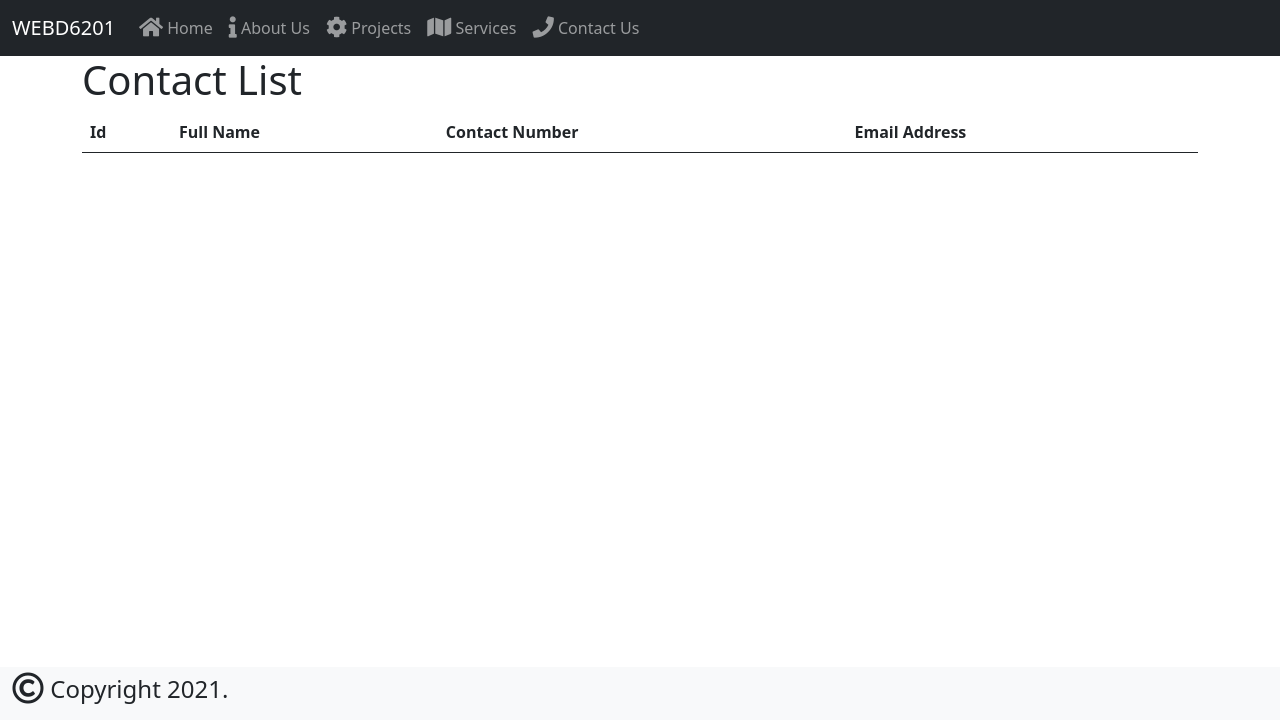
Repository: CKM206/WEBD6201-W2021-ICE2
Page: contact-list.html
The author's editor kept a copy of each file at every save. The page is drawn from the files as they stood at one save, then again after the next save.
The browser window is 1280 px wide. The pictures show the whole page.

Above is the page before, as saved 2021-01-28 09:55:08.

### contact-list.html
<!DOCTYPE html>
<html lang="en">
<head>
    <meta charset="UTF-8">
    <meta name="viewport" content="width=device-width, initial-scale=1.0">
    <title>Contact List</title>
    <!-- CSS Section -->
    <link rel="stylesheet" href="./node_modules/bootstrap/dist/css/bootstrap.min.css">
    <link rel="stylesheet" href="./node_modules/@fortawesome/fontawesome-free/css/all.min.css">
    <link rel="stylesheet" href="./Content/app.css">
</head>
<body>
    <!-- Main Header -->
    <header>
        <!-- Main Navigation -->
        <nav class="navbar navbar-expand-lg navbar-dark bg-dark">
            <div class="container-fluid">
              <a class="navbar-brand" href="index.html">WEBD6201</a>
              <button class="navbar-toggler" type="button" data-bs-toggle="collapse" data-bs-target="#navbarSupportedContent" aria-controls="navbarSupportedContent" aria-expanded="false" aria-label="Toggle navigation">
                <span class="navbar-toggler-icon"></span>
              </button>
              <div class="collapse navbar-collapse" id="navbarSupportedContent">
                <ul class="navbar-nav me-auto mb-2 mb-lg-0">
                  <li class="nav-item">
                    <a class="nav-link" aria-current="page" href="index.html"><i class="fas fa-home fa-lg"></i> Home</a>
                  </li>

                  <li class="nav-item">
                    <a class="nav-link" aria-current="page" href="about.html"><i class="fas fa-info fa-lg"></i> About Us</a>
                  </li>

                  <li class="nav-item">
                    <a class="nav-link" aria-current="page" href="projects.html"><i class="fas fa-cog fa-lg"></i> Projects</a>
                  </li>

                  <li class="nav-item">
                    <a class="nav-link" aria-current="page" href="services.html"><i class="fas fa-map fa-lg"></i> Services</a>
                  </li>

                  <li class="nav-item">
                    <a class="nav-link" aria-current="page" href="contact.html"><i class="fas fa-phone fa-lg"></i> Contact Us</a>
                  </li>
                </ul>
              </div>
            </div>
          </nav>
    </header>

    <!-- Main Content -->
    <main class="container">
        <h1>Contact List</h1>
        <table class="table">
            <thead>
              <tr>
                <th scope="col">Id</th>
                <th scope="col">Full Name</th>
                <th scope="col">Contact Number</th>
                <th scope="col">Email Address</th>
              </tr>
            </thead>
            <tbody id="contactList">
            </tbody>
          </table>




    </main>

    <!-- Main Footer -->
    <footer>
        <nav class="navbar fixed-bottom navbar-light bg-light">
            <div class="container-fluid">
              <h4><i class="far fa-copyright fa-lg"></i> Copyright 2021.</h4>
            </div>
          </nav>
    </footer>

    <!-- Script Section-->
    <script src="./node_modules/jquery/dist/jquery.min.js"></script>
    <script src="./node_modules/bootstrap/dist/js/bootstrap.bundle.min.js"></script>
    <script src="./Scripts/contact.js"></script>
    <script src="./Scripts/app.js"></script>
</body>
</html>

### Scripts/contact.js
"use strict"

// Contact Class
class Contact {


    // Getters
    get FullName() {
        return this.m_fullName;
    }
    get ContactNumber() {
        return this.m_contactNumber;
    }
    get EmailAddress() {
        return this.m_emailAddress;
    }
    // Setters
    set FullName(fullName) {
        this.m_fullName = fullName;
    }
    set ContactNumber(contactNumber) {
        this.m_contactNumber = contactNumber;
    }
    set EmailAddress(emailAddress) {
        this.m_emailAddress = emailAddress;
    }
    // Constructor
    /**
     * Contact Class Constructor
     * @param {string} fullName
     * @param {string} contactNumber
     * @param {string} emailAddress
     */
    constructor(fullName = "", contactNumber = "", emailAddress = "") {
        this.FullName = fullName;
        this.ContactNumber = contactNumber;
        this.EmailAddress = emailAddress;
    }
    // Methods

    /**
     * toString() - This method is used to convert a Contact object into a string.
     *            it overrides the built-in toString() function.
     * @returns {string}
     */
    toString() {
        return `Full Name     : ${this.m_fullName}\nContact Number: ${this.m_contactNumber}\nEmail Address : ${this.m_emailAddress}`;
    }

    /**
     *  toJSON() - This method is used to convert an object of the Contact class
     *           into a JSON object made up of the Contact class properties.
     * @returns {object}
     */
    toJSON() {
        return {
            "fullName": this.FullName,
            "contactNumber": this.ContactNumber,
            "emailAddress": this.EmailAddress
        }
    }

    /**
     * serialize() - This method converts an Object of the Contact class into a comma-
     *             seperated value string
     *
     * @returns {string}
     */
    serialize() {
        if (this.FullName !== "" && this.ContactNumber !== "" && this.EmailAddress !== "")
        {
            return `${this.FullName},${this.ContactNumber},${this.EmailAddress}`;
        }
        else
        {
            console.error("Error: One or more Contact Properties are empty.");
            return null;
        }
    }

    /**
     * deserialize() - This method takes a comma-separated data string and assigns the
     *               values to a Contact Class Objects properties
     *
     * @param {string} data
     * @returns {void}
     */
    deserialize(data) {
        // This will split up the values found in data, delimmited by commas
        //-into a property Array.
        let propertyArray = data.split(",");

        this.FullName = propertyArray[0];
        this.ContactNumber = propertyArray[1];
        this.EmailAddress = propertyArray[2];
    }
}

### Scripts/app.js
/* custom JavaScript goes here */

//IIFE - Immediately Invoked Function Expression
//AKA - Anonymous Self-Executing Function
//Closure - limits scope leak

"use strict";

let myContact =
{
  "fullName":"Tom Smith",
  "contactNumber":"4165555555",
  "emailAddress":"tom@example.com",
  "saysHello": function() {
    console.log('${fullName} says hello!');
  },
  "someOtherObject": {
    "friendsList": [
      "Peter Parker", "Tony Stark", "Stephen Strange"
    ]
  }
};

(function () {
  function displayHome() {
    let paragraphOneText =
      "This is a simple site to demonstrate DOM Manipulation for ICE 1";

    let paragraphOneElement = document.getElementById("paragraphOne");

    paragraphOneElement.textContent = paragraphOneText;
    paragraphOneElement.className = "fs-5";

    // Step 1. document.createElement
    let newParagraph = document.createElement("p");
    // Step 2. configure the element
    newParagraph.setAttribute("id", "paragraphTwo");
    newParagraph.textContent = "...And this is paragraph two";
    // Step 3. select the parent element
    let mainContent = document.getElementsByTagName("main")[0];
    // Step 4. Add / Insert the element
    mainContent.appendChild(newParagraph);

    newParagraph.className = "fs-6";

    // another way of injecting content
    let paragraphDiv = document.createElement("div");
    let paragraphThree = `<p id="paragraphThree" class="fs-7 fw-bold">And this is the Third Paragraph</p>`;
    paragraphDiv.innerHTML = paragraphThree;

    // insertions

    // example of inserting before a node
    //newParagraph.before(paragraphDiv);

    // example of inserting after a node
    newParagraph.after(paragraphDiv);

    // deletions

    // example of removing a single element
    //paragraphOneElement.remove();

    // example of removeChild
    mainContent.removeChild(paragraphOneElement);

    // update / modification
    //mainContent.firstElementChild.textContent = "Welcome Home!";

    mainContent.innerHTML = `<h1 id="firstHeading">Welcome to WEBD6201 - Lab 1</h1>
         <p id="paragraphOne" class="fs-3 fw-bold">This is my first Paragraph</p>
        `;

  }

  function displayAbout() {

  }

  function displayProjects() {

  }

  function displayServices() {

  }

  function displayContact() {
    let messageArea = document.getElementById("messageArea");
    messageArea.hidden = true;

    // form validation
    let fullName = document.getElementById("fullName");
    fullName.addEventListener("blur", function () {
      if (fullName.value.length < 2) {
        fullName.focus();
        fullName.select();
        messageArea.hidden = false;
        messageArea.className = "alert alert-danger";
        messageArea.textContent = "Please enter an appropriate Name";
      } else {
        messageArea.removeAttribute("class");
        messageArea.hidden = true;
      }
    });

    let sendButton = document.getElementById("sendButton");
    sendButton.addEventListener("click", function (event) {
      event.preventDefault();

      let contact = new Contact(fullName.value, contactNumber.value, emailAddress.value);
      if(contact.serialize() !== null)
      {
        localStorage.setItem((localStorage.length + 1).toString(), contact.serialize());
      }
      });
  }

  function displayContactList() {

    if(localStorage.length > 0)
    {
      let contactList = document.getElementById("contactList")
      let data = "";

      for (let index = 0; index < localStorage; index++)
      {
        let contactData = localStorage.getItem(index + 1).toString();
        let contact = new Contact();
        contact.deserialize(contactData);

        data += `<tr>
        <th scope="row">${index +1}</th>
        <td>${contact.FullName}</td>
        <td>${contact.ContactNumber}</td>
        <td>${contact.EmailAddress}</td>
       </tr>`;

      }

      contactList.innerHTML = data;
    }

  }

  function Start() {
    console.log("App Started...");

    switch (document.title) {
      case "Home":
        displayHome();
        break;
      case "About":
        displayAbout();
        break;
      case "Projects":
        displayProjects();
        break;
      case "Services":
        displayServices();
        break;
      case "Contact":
        displayContact();
        break;
      case "Contact-List":
        displayContactList();
        break;
    }

  }

  window.addEventListener("load", Start);

})();

Loaded but not shown: node_modules/bootstrap/dist/css/bootstrap.min.css (library); node_modules/@fortawesome/fontawesome-free/css/all.min.css (library); Content/app.css (common file); node_modules/jquery/dist/jquery.min.js (library); node_modules/bootstrap/dist/js/bootstrap.bundle.min.js (library)

After the next save:
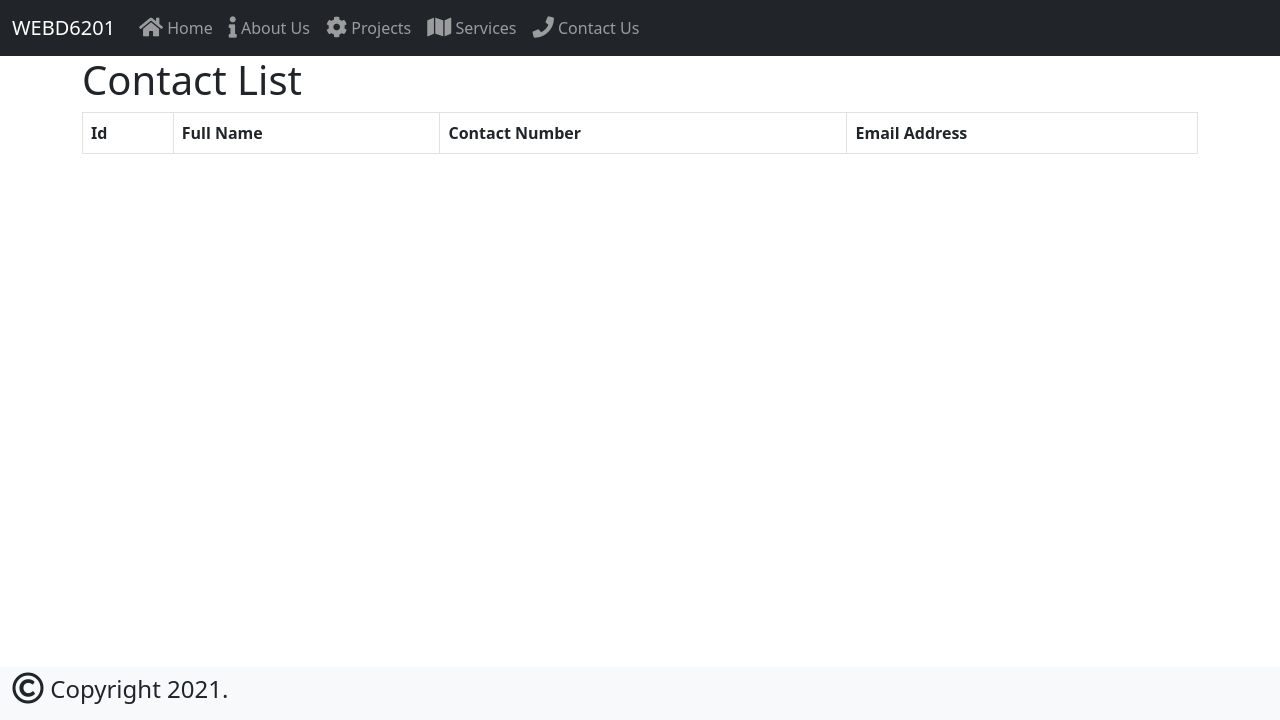
Saved 2 min 14 s later.
--- a/contact-list.html
+++ b/contact-list.html
@@ -49,7 +49,7 @@
     <!-- Main Content -->
     <main class="container">
         <h1>Contact List</h1>
-        <table class="table">
+        <table class="table table-striped table-bordered table-hover">
             <thead>
               <tr>
                 <th scope="col">Id</th>

After the save that followed:
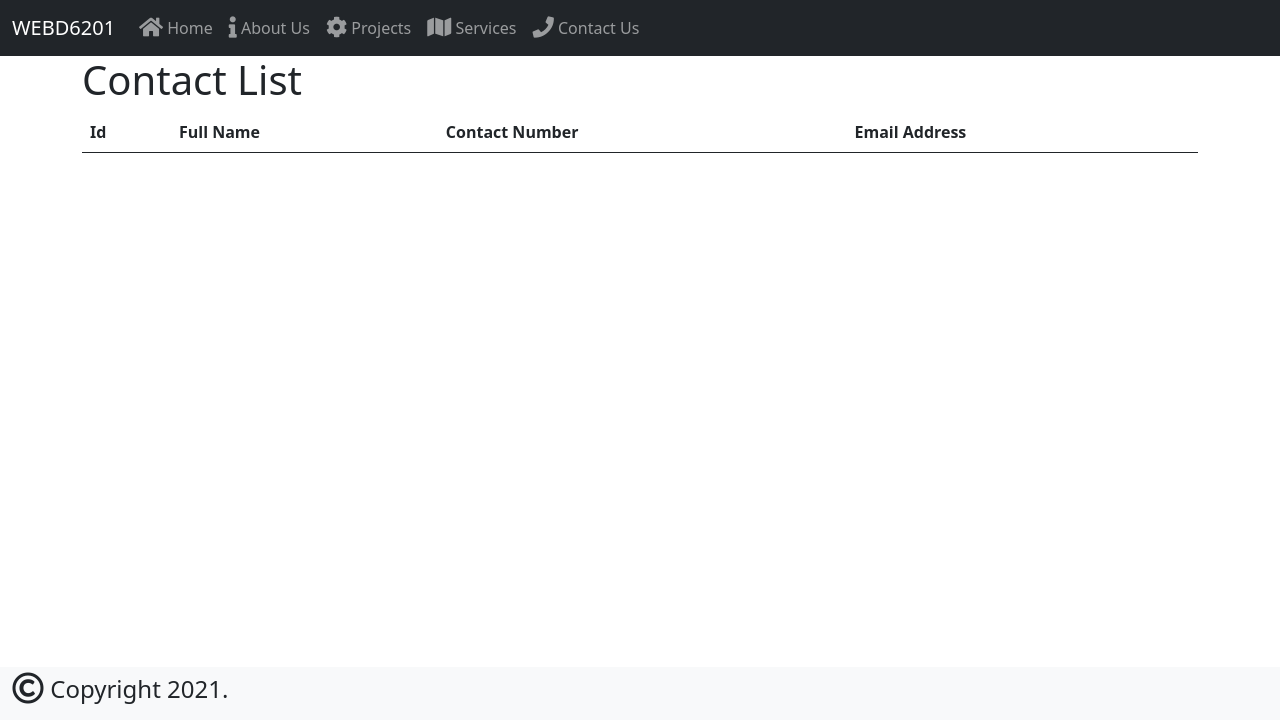
Saved 9 s later.
--- a/contact-list.html
+++ b/contact-list.html
@@ -49,7 +49,7 @@
     <!-- Main Content -->
     <main class="container">
         <h1>Contact List</h1>
-        <table class="table table-striped table-bordered table-hover">
+        <table class="table table-striped table-hover">
             <thead>
               <tr>
                 <th scope="col">Id</th>
